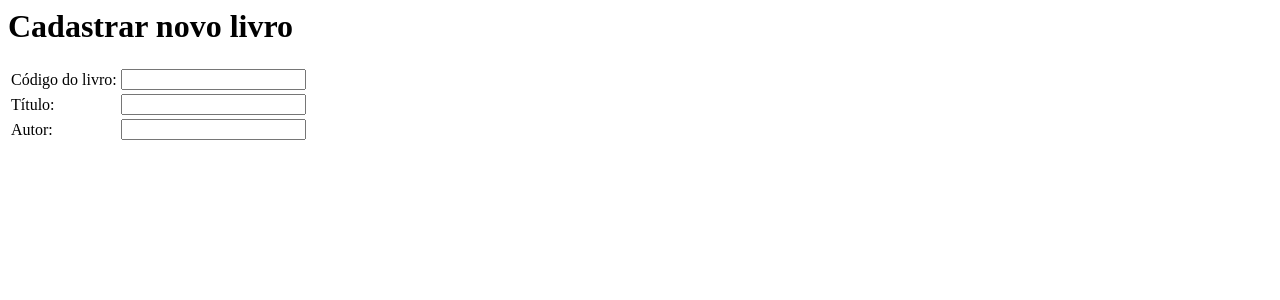
Repository: EikDEV/Atividade-Cliente-Servidor
Page: crudjspjava/src/main/webapp/livroform.html
The author's editor kept a copy of each file at every save. The page is drawn from the files as they stood at one save, then again after the next save.
The browser window is 1280 px wide. The pictures show the whole page.

Above is the page before, as saved 2022-11-04 15:39:48.

### crudjspjava/src/main/webapp/livroform.html
<h1>Cadastrar novo livro</h1>

<form>
	<table>
		<tr>
			<td>Código do livro:</td>
			<td><input type="number" name="codlivro" /></td>
		</tr>
		<tr>
			<td>Título:</td>
			<td><input type="text" name="titulo" /></td>
		</tr>
		<tr>
			<td>Autor:</td>
			<td><input type="text" name="autor" /></td>
		</tr>
	</table>
</form>

After the next save:
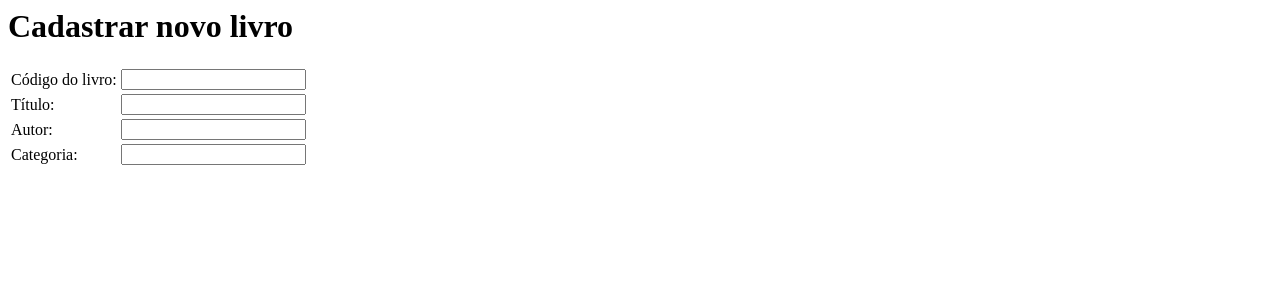
Saved 36 s later.
--- a/crudjspjava/src/main/webapp/livroform.html
+++ b/crudjspjava/src/main/webapp/livroform.html
@@ -14,5 +14,9 @@
 			<td>Autor:</td>
 			<td><input type="text" name="autor" /></td>
 		</tr>
+		<tr>
+			<td>Categoria:</td>
+			<td><input type="text" name="titulo" /></td>
+		</tr>
 	</table>
 </form>
